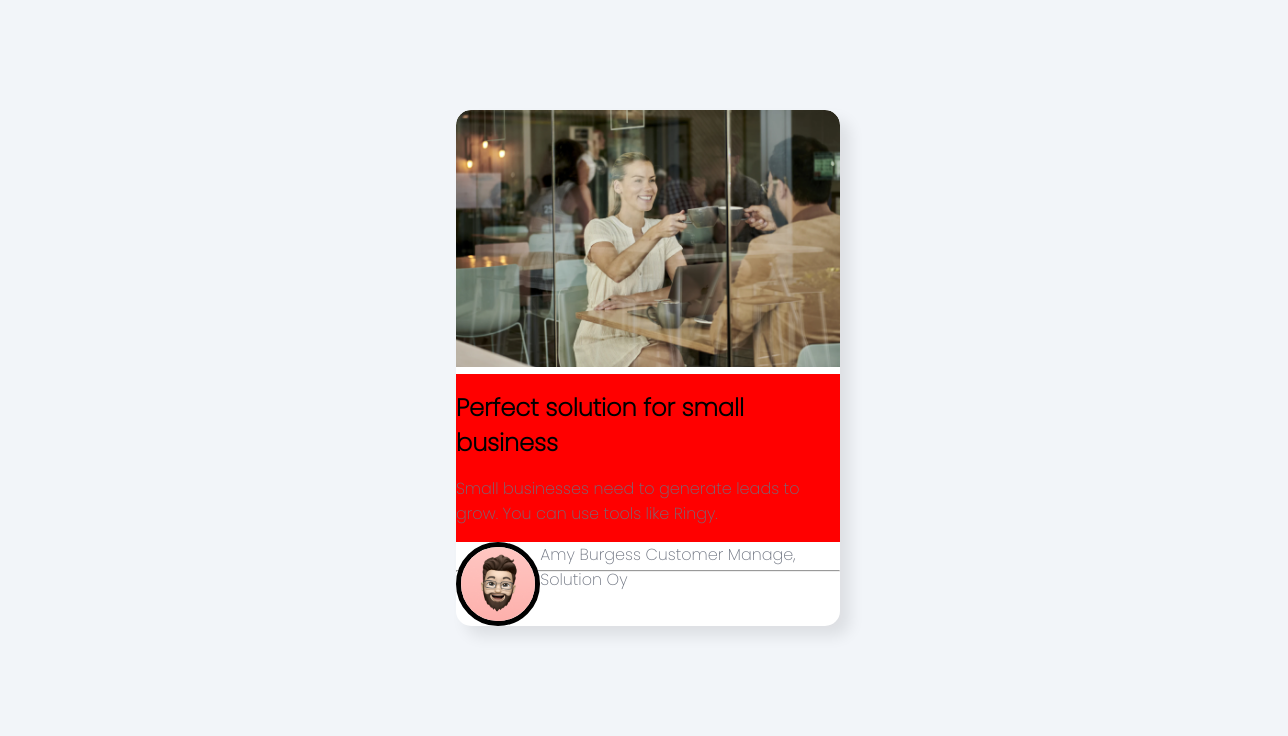
Repository: massndongo/business-blog-card
Page: index.html
An editor plug-in stored every save of this project. The page is shown before and after the next save, followed by the edit.
The browser window is 1280 px wide. The page is 1288 px wide, so the pictures cover 1288 px, including what lies to the right of the window. The pictures show the whole page.

Above is the page before, as saved 2023-11-08 05:05:16.

### index.html
<!DOCTYPE html>
<html lang="en">
<head>
    <meta charset="UTF-8">
    <meta name="viewport" content="width=device-width, initial-scale=1.0">
    <link rel="stylesheet" href="css/styles.css">
    <title>Responsive Web Developer Starter - devchallenges.io</title>
    <link rel="icon" href="images/favicon.ico" type="image/x-icon" sizes="any">
</head>
<body>
    <div class="card">
        <img src="images/hero-image-business-card.png" alt="" srcset="">
        <div class="card-body">
            <h1 class="title">Perfect solution for small business</h1>
            <p class="corps">Small businesses need to generate leads to grow. You can use tools like Ringy.</p>
        </div>
        <hr>
        <div class="card-footer">
            <img src="images/avatar-image-business-card.png" alt="" srcset="">
            <div>
                <span>Amy Burgess</span>
                <span>Customer Manage, Solution Oy</span>
            </div>
        </div>
    </div>
</body>
</html>

### css/styles.css
@import url('https://fonts.googleapis.com/css2?family=Poppins:wght@200&display=swa');

* {
    box-sizing: border-box;
    font-family: 'Poppins', sans-serif;
    overflow: hidden;
}

/* Add some styles for body*/
body {
    width: 100%;
    height: 100vh;
    background-color: #F2F5F9;
    display: flex;
    justify-content: center;
    align-items: center;

}

.card{
    position: relative;
    flex-direction: column;
    background-color: #FFFFFF;
    box-shadow: 10px 10px 15px 0px rgba(0, 0, 0, 0.09);
    width: 30%;
    height: auto;
    border-radius: 15px;
}
.card img{
    width: 100%;
    /* border-radius: 10px; */
    border-radius: 15px 15px 0 0;
}
.card-body{
    background-color: red;

}
.title{
    font-size: 24px;

}
.corps{
    font-size: 16px;

}
.card-footer{
    display: flex;
    justify-self: baseline;
    position: relative;
    font-size: 16px;
}
.card-footer img{
    margin: 0 ;
    width: 25%;
    border-radius: 50%;
    border: 5px solid black;
}
.corps, .card-footer, hr{
    color: #6C727F
}
hr{
    width: 100%;
    height: 1px;
    position: absolute;
    bottom: 9%;
    left: 0;
    right: 0;
    background-color: #6c727f85;
}

@media screen and (max-width: 768px) {
    .card {
        width: 90%;
    }
}

After the next save:
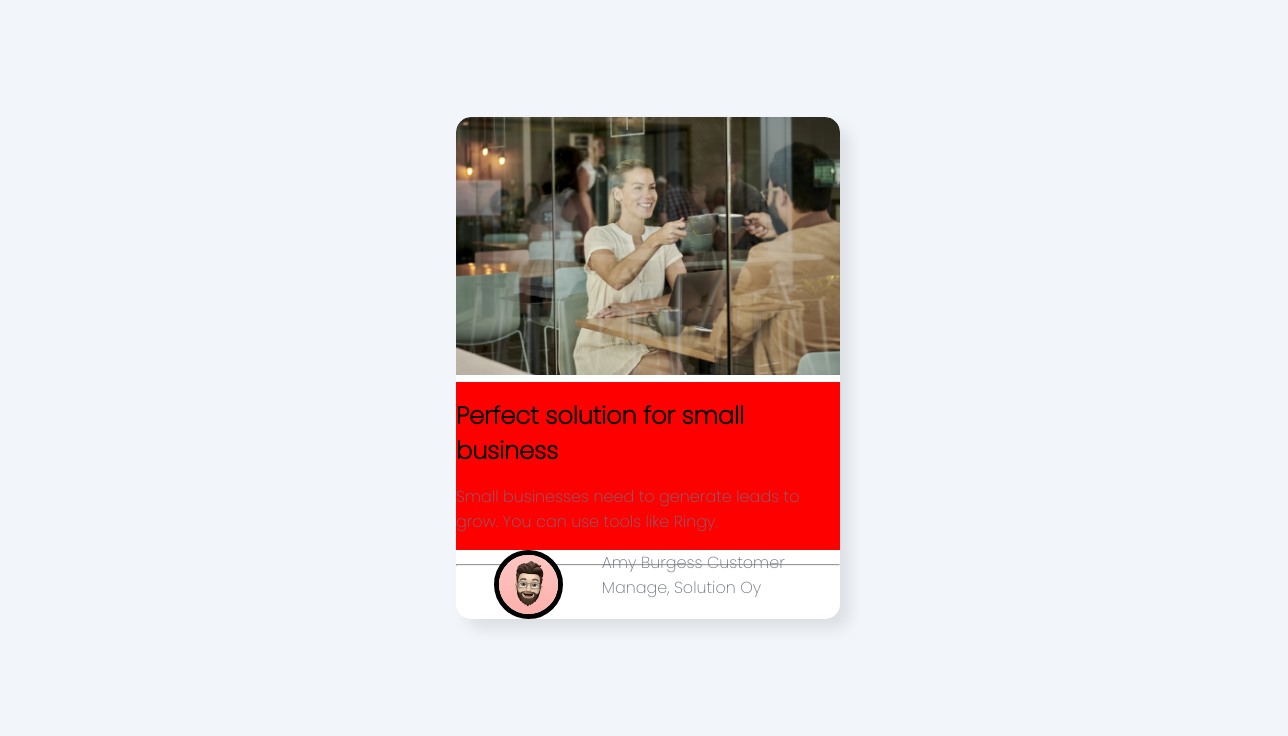
Saved 12 s later.
--- a/css/styles.css
+++ b/css/styles.css
@@ -50,7 +50,7 @@ body {
     font-size: 16px;
 }
 .card-footer img{
-    margin: 0 ;
+    margin: 0 10%;
     width: 25%;
     border-radius: 50%;
     border: 5px solid black;
